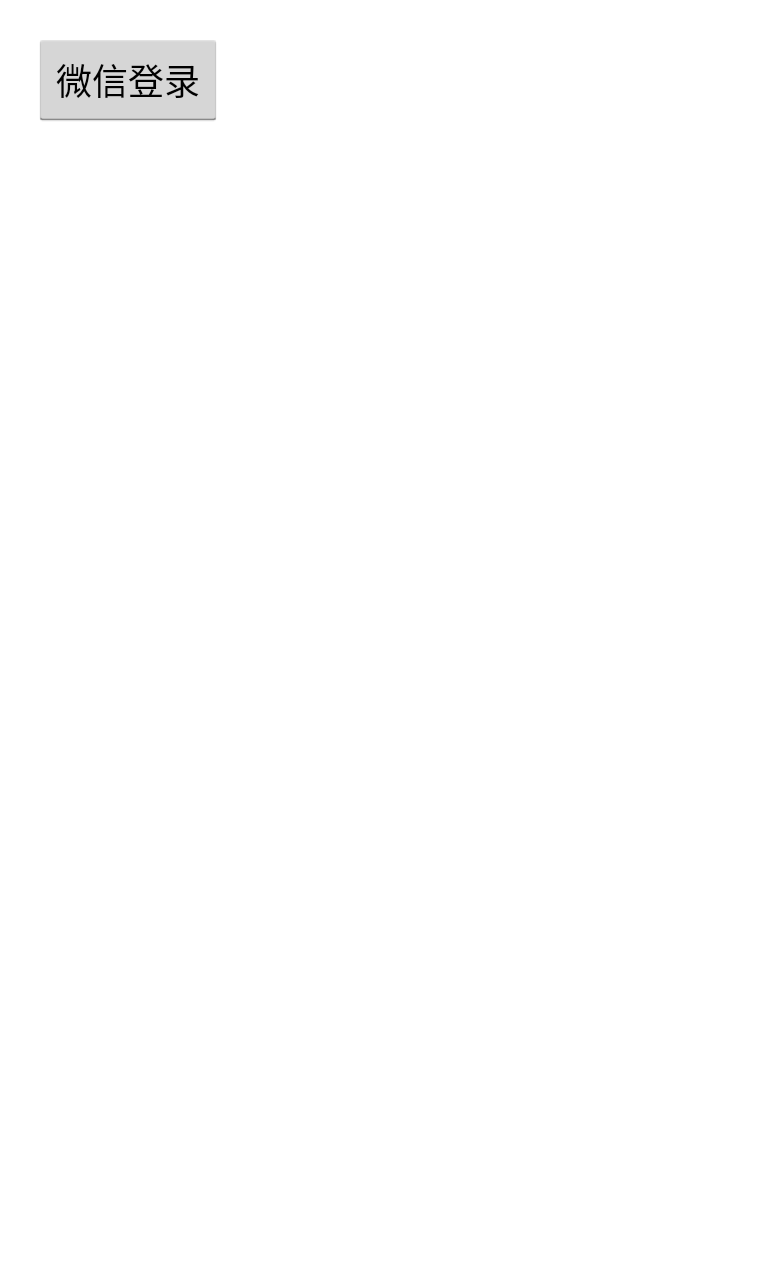
Repository: oxyoz/Pro_Mix
Layout: WeicastDome/res/layout/activity_main.xml
These files come from the project's save history. The layout is drawn as it stood at one moment and after the next save; the edit follows.
It is drawn on a 768 x 1280 px phone screen (xhdpi) without system bars, with theme AppTheme; the app's code is not run.

Above is the layout before, as saved 2016-01-25 07:57:04.

### WeicastDome/res/layout/activity_main.xml
<RelativeLayout xmlns:android="http://schemas.android.com/apk/res/android"
    xmlns:tools="http://schemas.android.com/tools"
    android:layout_width="match_parent"
    android:layout_height="match_parent"
    android:paddingBottom="@dimen/activity_vertical_margin"
    android:paddingLeft="@dimen/activity_horizontal_margin"
    android:paddingRight="@dimen/activity_horizontal_margin"
    android:paddingTop="@dimen/activity_vertical_margin"
    tools:context="com.meigao.mgolf.MainActivity" >

    <Button
        android:id="@+id/btn_wxlogin"
        android:layout_width="wrap_content"
        android:layout_height="wrap_content"
        android:text="@string/hello_world" />

</RelativeLayout>

### WeicastDome/res/values/strings.xml
<?xml version="1.0" encoding="utf-8"?>
<resources>

    <string name="app_name">WeicastDome</string>
    <string name="hello_world">微信登录</string>
    <string name="action_settings">Settings</string>

</resources>

Loaded but not shown: WeicastDome/res/values/styles.xml (common file); WeicastDome/res/values-v11/styles.xml (common file); WeicastDome/res/values-v14/styles.xml (common file); WeicastDome/res/values/dimens.xml (common file); WeicastDome/res/values-w820dp/dimens.xml (common file)

After the next save:
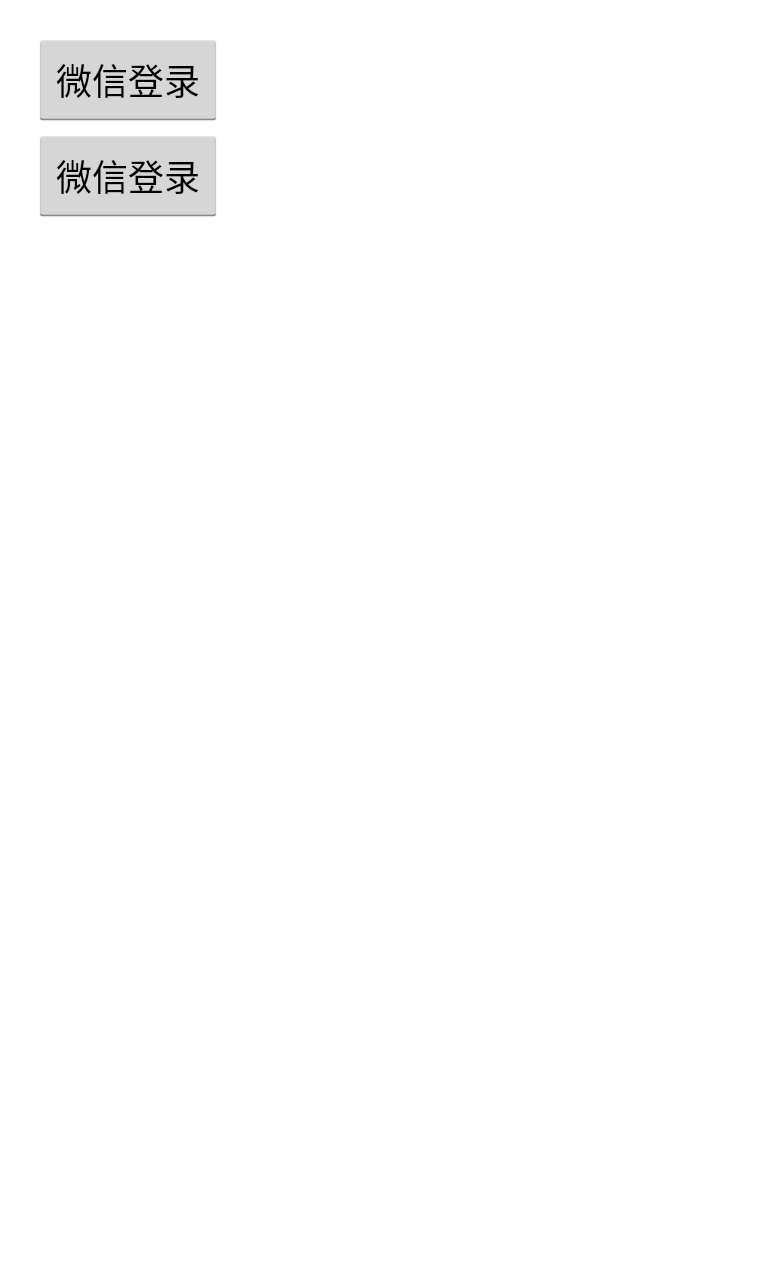
Saved 6 min 8 s later.
--- a/WeicastDome/res/layout/activity_main.xml
+++ b/WeicastDome/res/layout/activity_main.xml
@@ -14,4 +14,11 @@
         android:layout_height="wrap_content"
         android:text="@string/hello_world" />
 
+      <Button
+          android:layout_below="@+id/btn_wxlogin"
+        android:id="@+id/txt_info"
+        android:layout_width="wrap_content"
+        android:layout_height="wrap_content"
+        android:text="@string/hello_world" />
+
 </RelativeLayout>
